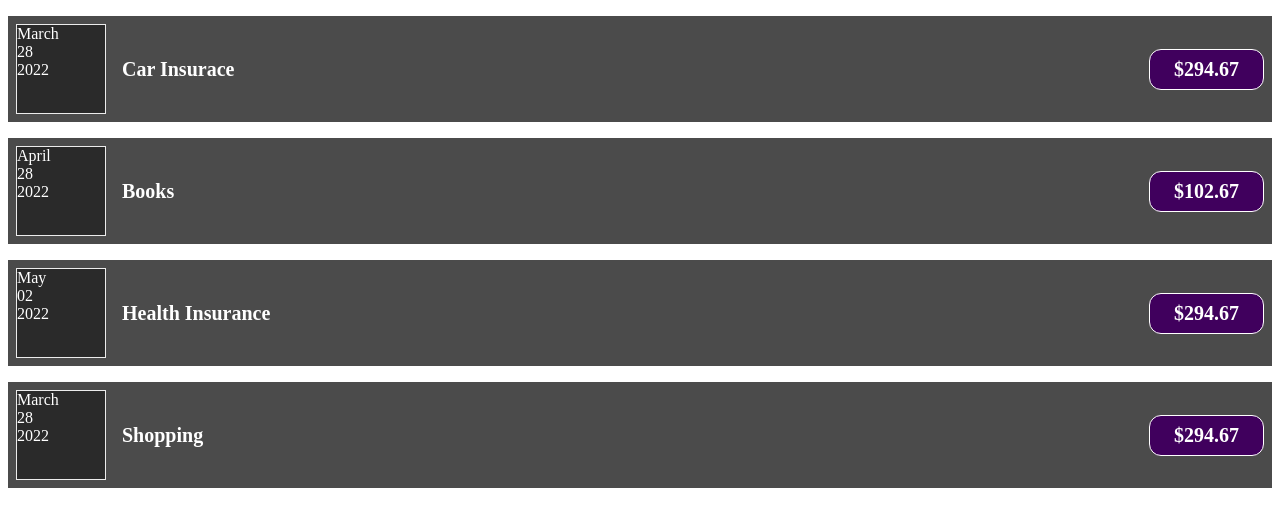
Repository: AbrorjonKuchkarov/expence-tracker-react
Page: /
An editor plug-in stored every save of this project. The page is shown before and after the next save, followed by the edit.
The browser window is 1280 px wide. The pictures show the whole page.
The project was rebuilt for these pictures with package versions that can differ from the ones it lists, and the page was loaded fresh each time. Also part of the build but not shown: src/App.css.

Above is the page before, as saved 2022-04-13 16:14:19.

After the next save:
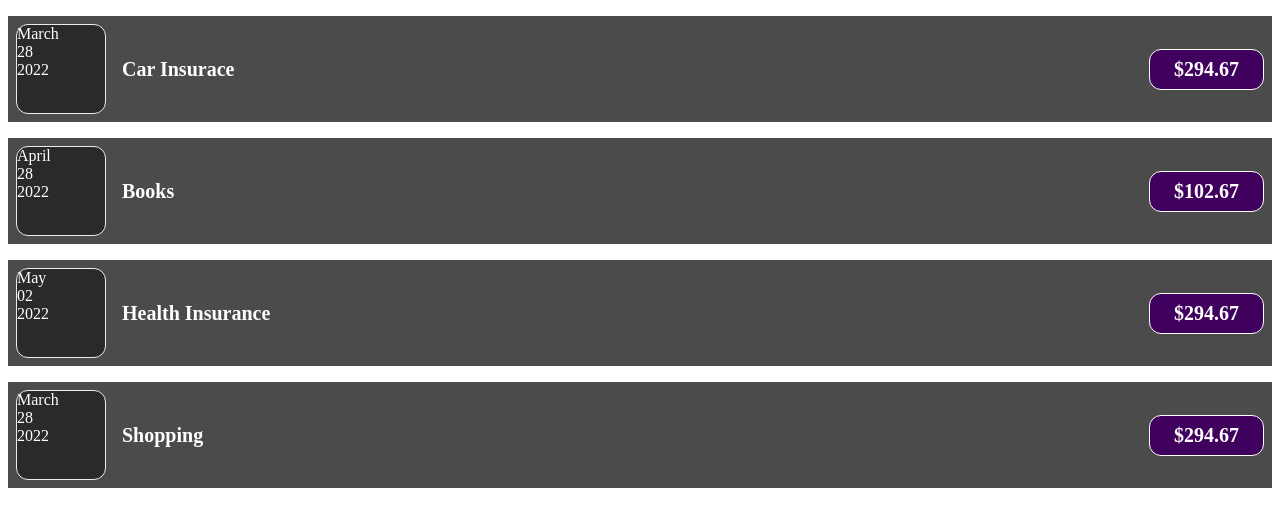
Saved 11 s later.
--- a/src/components/ExpenseDate.css
+++ b/src/components/ExpenseDate.css
@@ -6,5 +6,5 @@
    border: 1px solid #ececec;
    background: #2a2a2a;
    color: white;
-
+   border-radius: 12px;
 }
